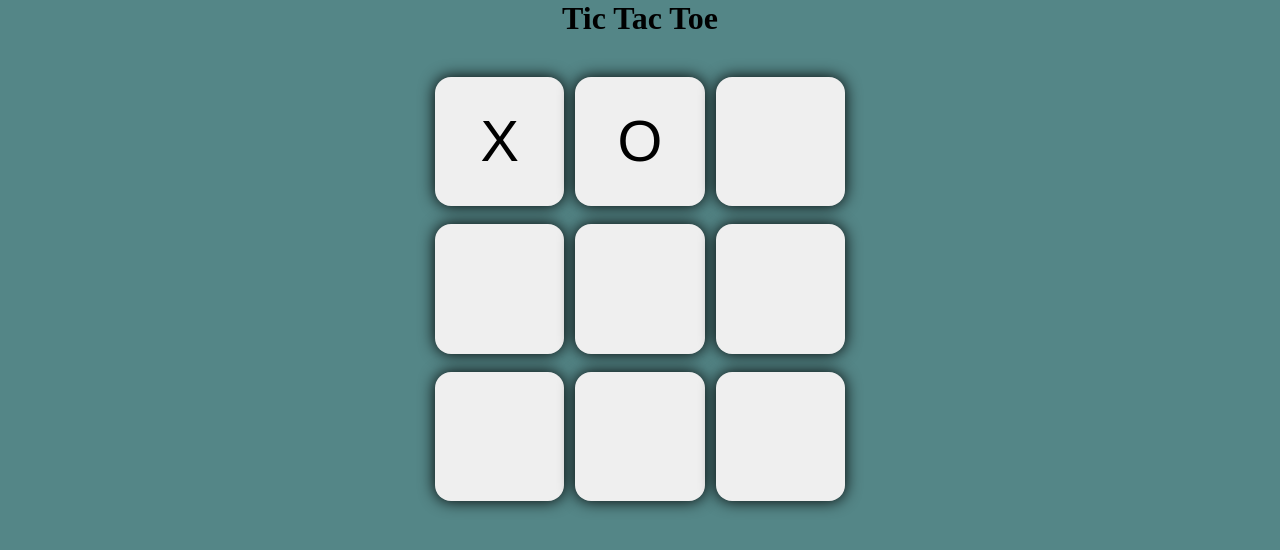
Repository: pankaj-shaw05/Tic-Tac-Toe
Page: index.html
An editor plug-in stored every save of this project. The page is shown before and after the next save, followed by the edit.
The browser window is 1280 px wide. The pictures show the whole page.

Above is the page before, as saved 2026-04-07 08:19:34.

### index.html
<!DOCTYPE html>
<html lang="en">
<head>
    <meta charset="UTF-8">
    <meta name="viewport" content="width=device-width, initial-scale=1.0">
    <title>Tic-Tac-Toe Game</title>
    <link rel="stylesheet" href="style.css"/>
</head>
<body>
    <main>
        <h1>Tic Tac Toe</h1>
        <div class="container">
        <div class="game">
            <button class="box">X</button>
            <button class="box">O</button>
            <button class="box"></button>
            <button class="box"></button>
            <button class="box"></button>
            <button class="box"></button>
            <button class="box"></button>
            <button class="box"></button>
            <button class="box"></button>
        </div>
        </div>
    </main>

</body>
</html>

### style.css
* {
    margin: 0;
    padding: 0;

}

body {
    background-color: #548687;
    text-align: center;
}

.container {
    height: 70vh;
    display: flex;
    justify-content: center;
    align-items: center;
}

.game {
    height: 60vmin;
    width: 60vmin;
    display: flex;
    flex-wrap: wrap;
    justify-content: center;
    align-items: center;
    gap: 1.5vmin;
}

.box {
    height: 18vmin;
    width: 18vmin;
    border-radius: 1rem;
    border: none;
    box-shadow: 0 0 1rem rgba(0,0,0.3);
    font-size: 8vmin;
}

After the next save:
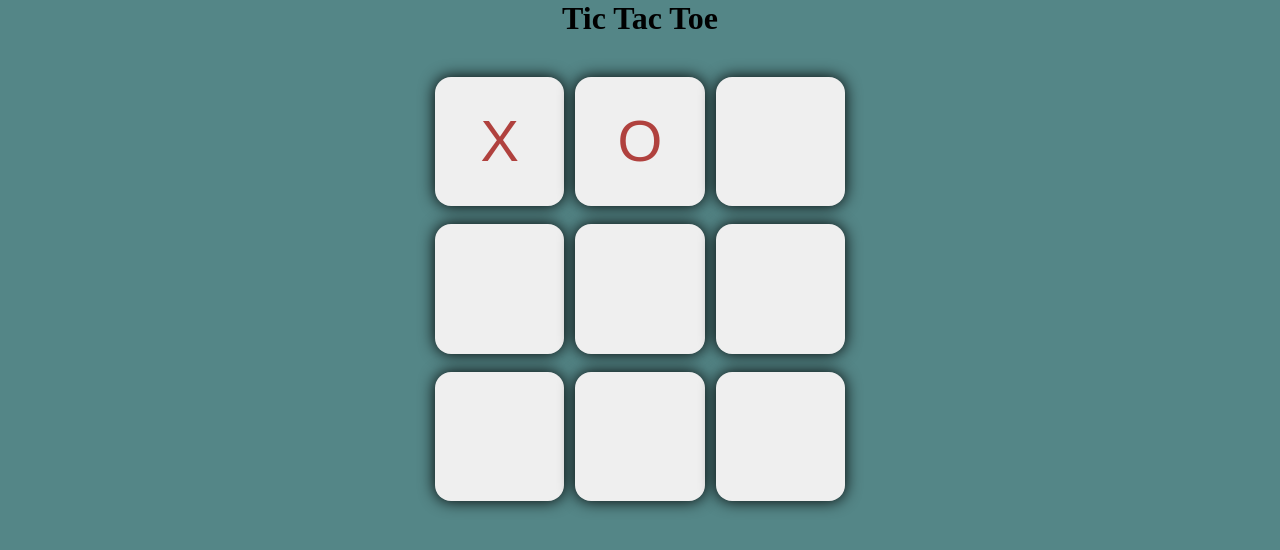
Saved 57 s later.
--- a/style.css
+++ b/style.css
@@ -33,4 +33,5 @@
     border: none;
     box-shadow: 0 0 1rem rgba(0,0,0.3);
     font-size: 8vmin;
+    color: #b0413e;
 }
